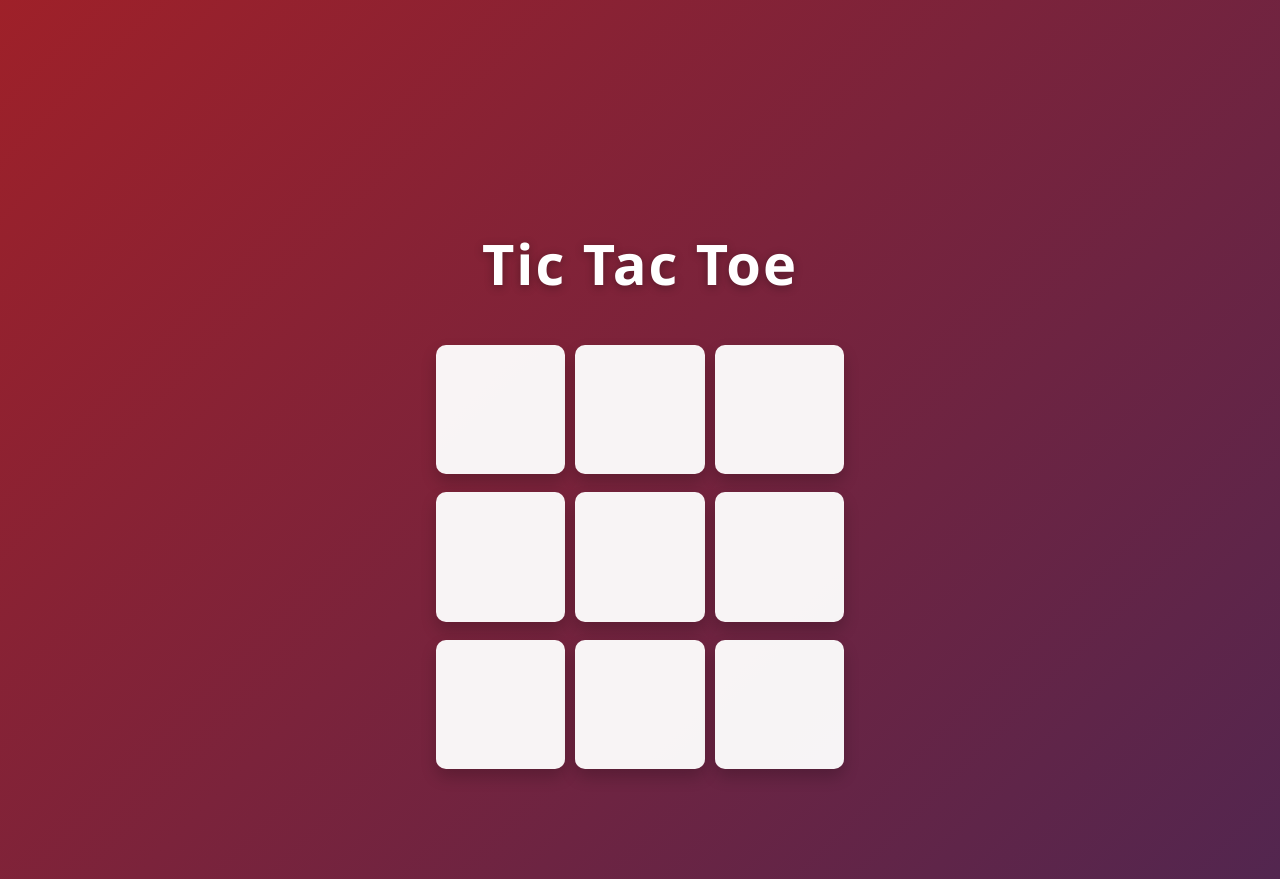
Repository: AreezAnsari/Tic-Tac-Toe
Page: Game/Game.html
An editor plug-in stored every save of this project. The page is shown before and after the next save, followed by the edit.
The browser window is 1280 px wide. The pictures show the whole page.

Above is the page before, as saved 2025-07-22 07:03:56.
Console error: TypeError: box.addEventListener is not a function

After the next save:
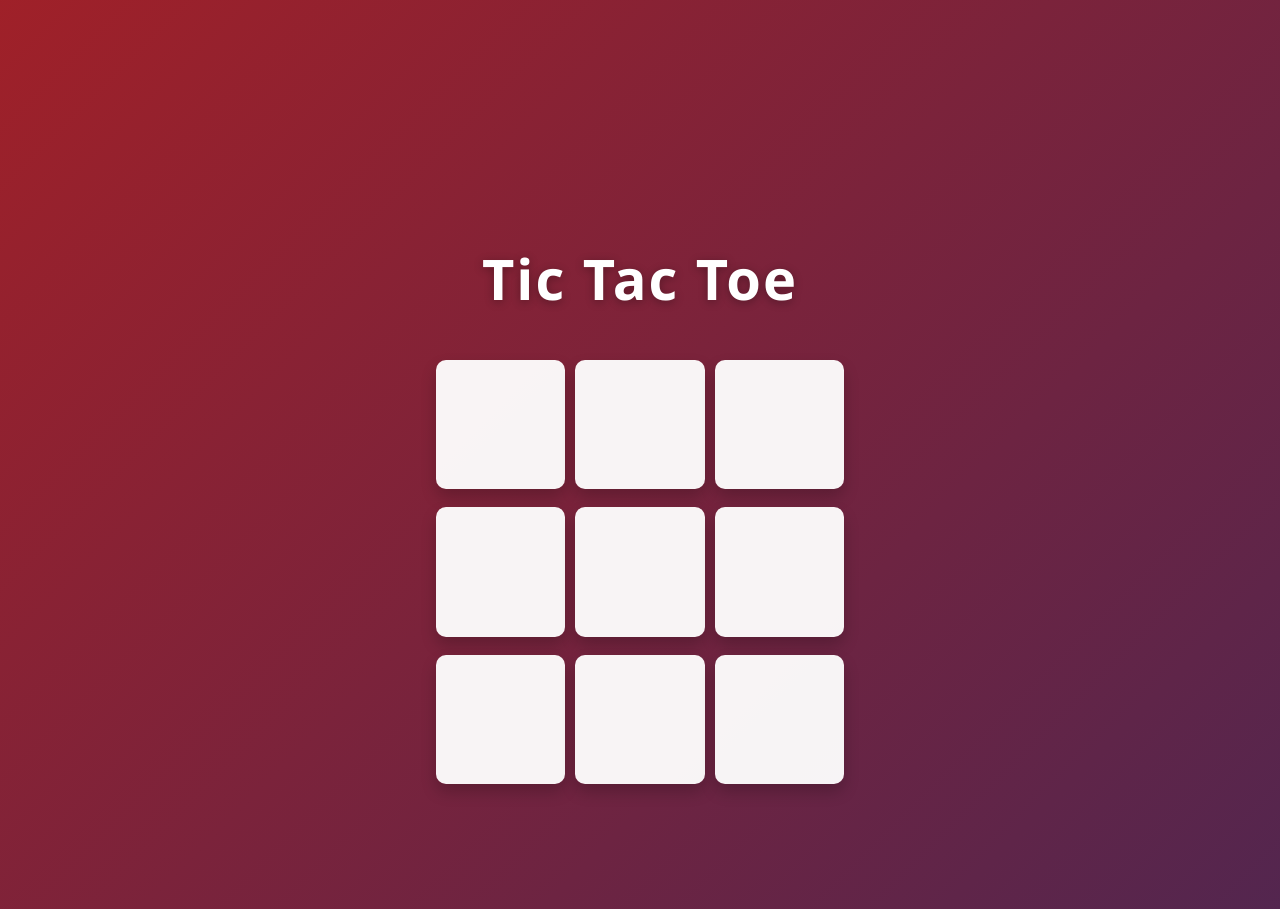
Saved 83 s later.
--- a/Game/Game.css
+++ b/Game/Game.css
@@ -14,10 +14,22 @@
     display: flex;
     flex-direction: column;
     align-items: center;
+    /* REMOVE THIS ↓↓↓ */
+    /* justify-content: center; */
+    /* USE THIS INSTEAD ↓↓↓ */
     justify-content: flex-start;
-    color: #ffffff;
-    padding: 5px 20px;
-}
+    padding: 20px;
+}
+
+.container {
+    margin-top: 60px; /* <- Add this to push content a bit down from top */
+    width: 100%;
+    max-width: 600px;
+    display: flex;
+    flex-direction: column;
+    align-items: center;
+}
+
 
 @keyframes gradientBG {
     0% { background-position: 0% 50%; }
